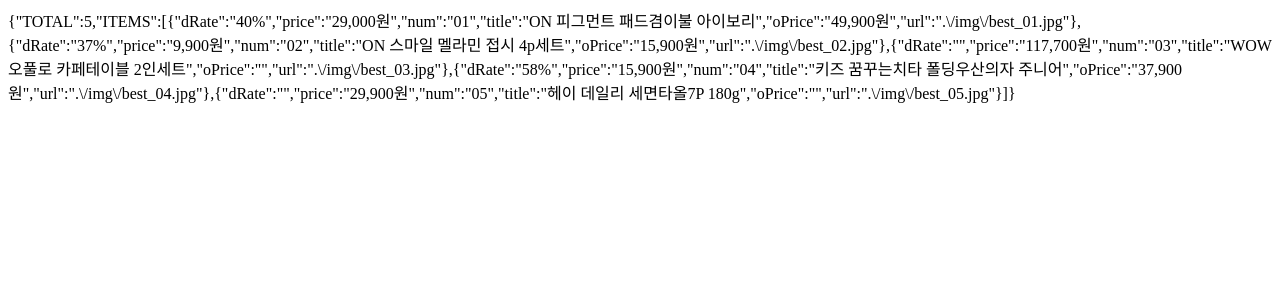
Repository: InhoKang92/jsp_1018
Page: http://localhost/Web_01/json/best.jsp
These files come from the project's save history. The page is drawn as it stood at one moment and after the next save; the edit follows.
The browser window is 1280 px wide. The pictures show the whole page.
The page is served by Tomcat 9. Other server files are loaded and not shown.

Above is the page before, as saved 2024-10-18 01:00:27.

### Web_01/src/main/webapp/json/best.jsp
<%@ page language="java" contentType="text/html; charset=UTF-8"
pageEncoding="UTF-8"%>

<%@page import="org.json.simple.JSONObject"%>
<%@page import="org.json.simple.JSONArray"%>

<%

Object[][] best = {
						{"./img/best_01.jpg", "01", "ON 피그먼트 패드겸이불 아이보리", "40%", "29,000원", "49,900원"},
						{"./img/best_02.jpg", "02", "ON 스마일 멜라민 접시 4p세트", "37%", "9,900원", "15,900원"},
						{"./img/best_03.jpg", "03", "WOW 오풀로 카페테이블 2인세트", "", "117,700원", ""},
						{"./img/best_04.jpg", "04", "키즈 꿈꾸는치타 폴딩우산의자 주니어", "58%", "15,900원", "37,900원"},
						{"./img/best_05.jpg", "05", "헤이 데일리 세면타올7P 180g", "", "29,900원", ""}
				  };

JSONObject jsonList = new JSONObject();
JSONArray itemList = new JSONArray();


for(int i=0;i < best.length; i++){
	JSONObject tempJson = new JSONObject();
		tempJson.put("url", best[i][0]);
		tempJson.put("num", best[i][1]);
		tempJson.put("title", best[i][2]);
		tempJson.put("dRate", best[i][3]);
		tempJson.put("price", best[i][4]);
		tempJson.put("oPrice", best[i][5]);
	itemList.add(tempJson);
}
jsonList.put("TOTAL",best.length);
jsonList.put("ITEMS",itemList);

System.out.println(jsonList);
out.print(jsonList);

%>

After the next save:
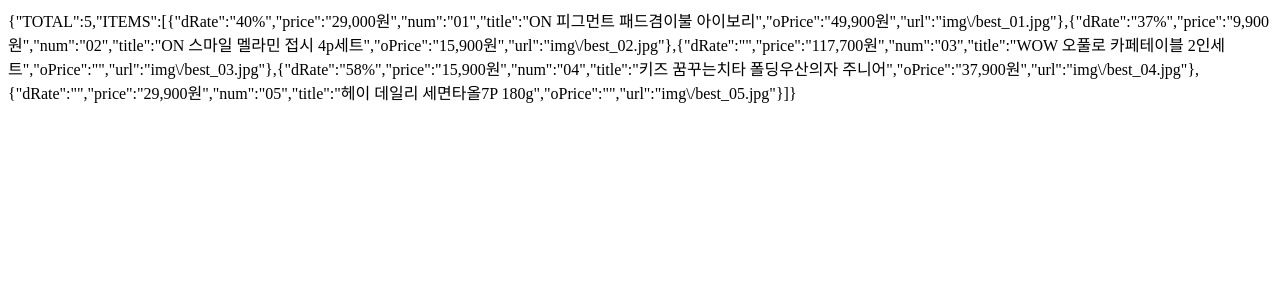
Saved 22 s later.
--- a/Web_01/src/main/webapp/json/best.jsp
+++ b/Web_01/src/main/webapp/json/best.jsp
@@ -7,11 +7,11 @@ pageEncoding="UTF-8"%>
 <%
 
 Object[][] best = {
-						{"./img/best_01.jpg", "01", "ON 피그먼트 패드겸이불 아이보리", "40%", "29,000원", "49,900원"},
-						{"./img/best_02.jpg", "02", "ON 스마일 멜라민 접시 4p세트", "37%", "9,900원", "15,900원"},
-						{"./img/best_03.jpg", "03", "WOW 오풀로 카페테이블 2인세트", "", "117,700원", ""},
-						{"./img/best_04.jpg", "04", "키즈 꿈꾸는치타 폴딩우산의자 주니어", "58%", "15,900원", "37,900원"},
-						{"./img/best_05.jpg", "05", "헤이 데일리 세면타올7P 180g", "", "29,900원", ""}
+						{"img/best_01.jpg", "01", "ON 피그먼트 패드겸이불 아이보리", "40%", "29,000원", "49,900원"},
+						{"img/best_02.jpg", "02", "ON 스마일 멜라민 접시 4p세트", "37%", "9,900원", "15,900원"},
+						{"img/best_03.jpg", "03", "WOW 오풀로 카페테이블 2인세트", "", "117,700원", ""},
+						{"img/best_04.jpg", "04", "키즈 꿈꾸는치타 폴딩우산의자 주니어", "58%", "15,900원", "37,900원"},
+						{"img/best_05.jpg", "05", "헤이 데일리 세면타올7P 180g", "", "29,900원", ""}
 				  };
 
 JSONObject jsonList = new JSONObject();
